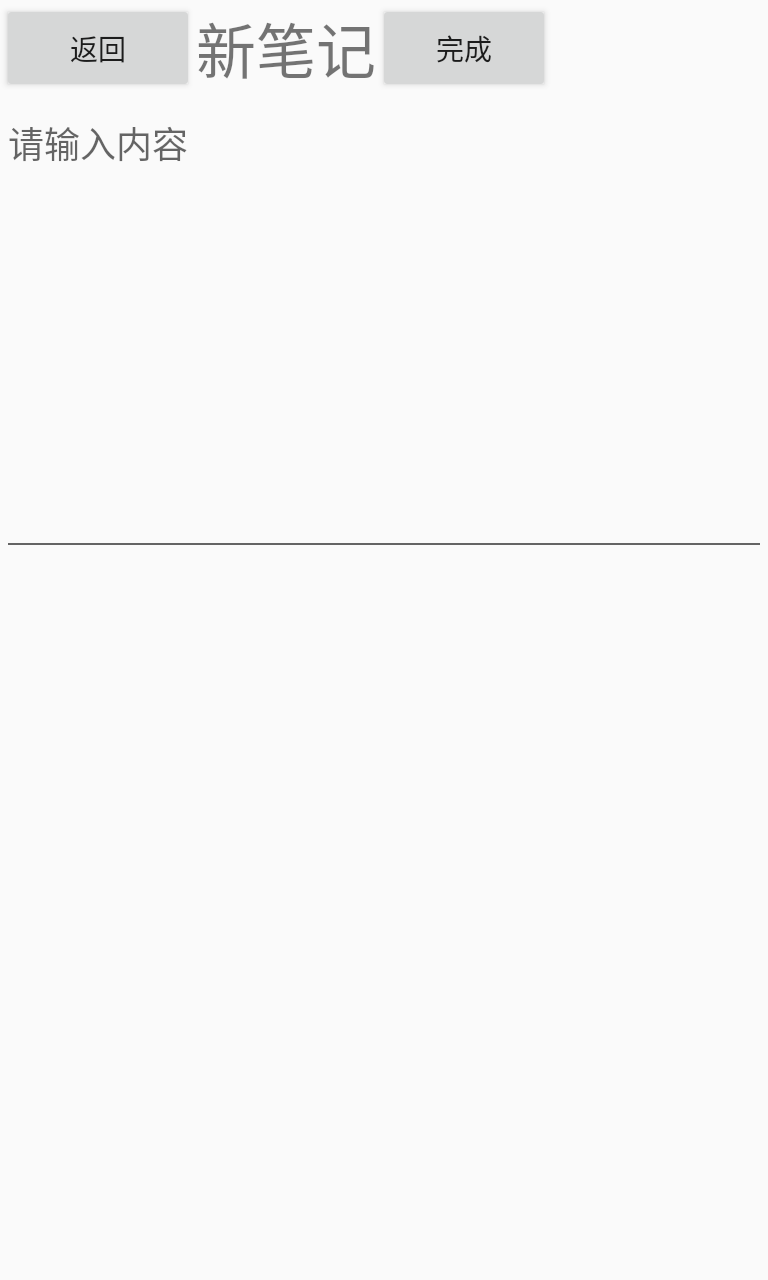
Repository: mxfpaul/Test
Layout: Note/MyNote2/res/layout/newnote.xml
An editor plug-in stored every save of this project. The layout is shown before and after the next save, followed by the edit.
It is drawn on a 768 x 1280 px phone screen (xhdpi) without system bars, with theme AppTheme; the app's code is not run.

Above is the layout before, as saved 2014-11-19 23:17:57.

### Note/MyNote2/res/layout/newnote.xml
<?xml version="1.0" encoding="utf-8"?>
<TableLayout xmlns:android="http://schemas.android.com/apk/res/android"
    android:layout_width="match_parent"
    android:layout_height="wrap_content"
    android:orientation="vertical" >

    <TableRow
        android:id="@+id/new_row1"
        android:layout_width="match_parent"
        android:orientation="horizontal"
         >

        <Button
            android:id="@+id/new_button_setting"
            android:layout_width="30dp"

            android:text="@string/new_button_text1" />

        <TextView
            android:id="@+id/new_textview_all"
            android:layout_gravity="center"

            android:text="@string/new_textview_text"
            android:textSize="30sp" />

        <Button
            android:id="@+id/new_button_new"

            android:text="@string/new_button_text2" />
    </TableRow>

    <TableRow
        android:id="@+id/new_row2"
        android:layout_width="match_parent" >

        <EditText
            android:id="@+id/new_edittext_content"
            android:layout_width="match_parent"
            android:layout_height="wrap_content"
            android:layout_weight="1"
            android:gravity="top"
            android:hint="@string/new_edittext_text"
            android:lines="10" />
    </TableRow>

</TableLayout>

### Note/MyNote2/res/values/strings.xml
<?xml version="1.0" encoding="utf-8"?>
<resources>

    <string name="app_name">MyNote2</string>
    <string name="hello_world">Hello world!</string>
    <string name="action_settings">Settings</string>
    <string name="home_button_text1">设置</string>
    <string name="home_button_text2">新建</string>
    <string name="home_textview_text">全部笔记</string>
    <string name="new_button_text1">返回</string>
    <string name="new_button_text2">完成</string>
    <string name="new_textview_text">新笔记</string>
    <string name="view_button_text1">返回</string>
    <string name="view_button_text2">更改</string>
    <string name="view_textview_text">待录入</string>
    <string name="new_edittext_text">请输入内容</string>

</resources>

Loaded but not shown: Note/MyNote2/res/values/styles.xml (common file); Note/MyNote2/res/values-v11/styles.xml (common file); Note/MyNote2/res/values-v14/styles.xml (common file)

After the next save:
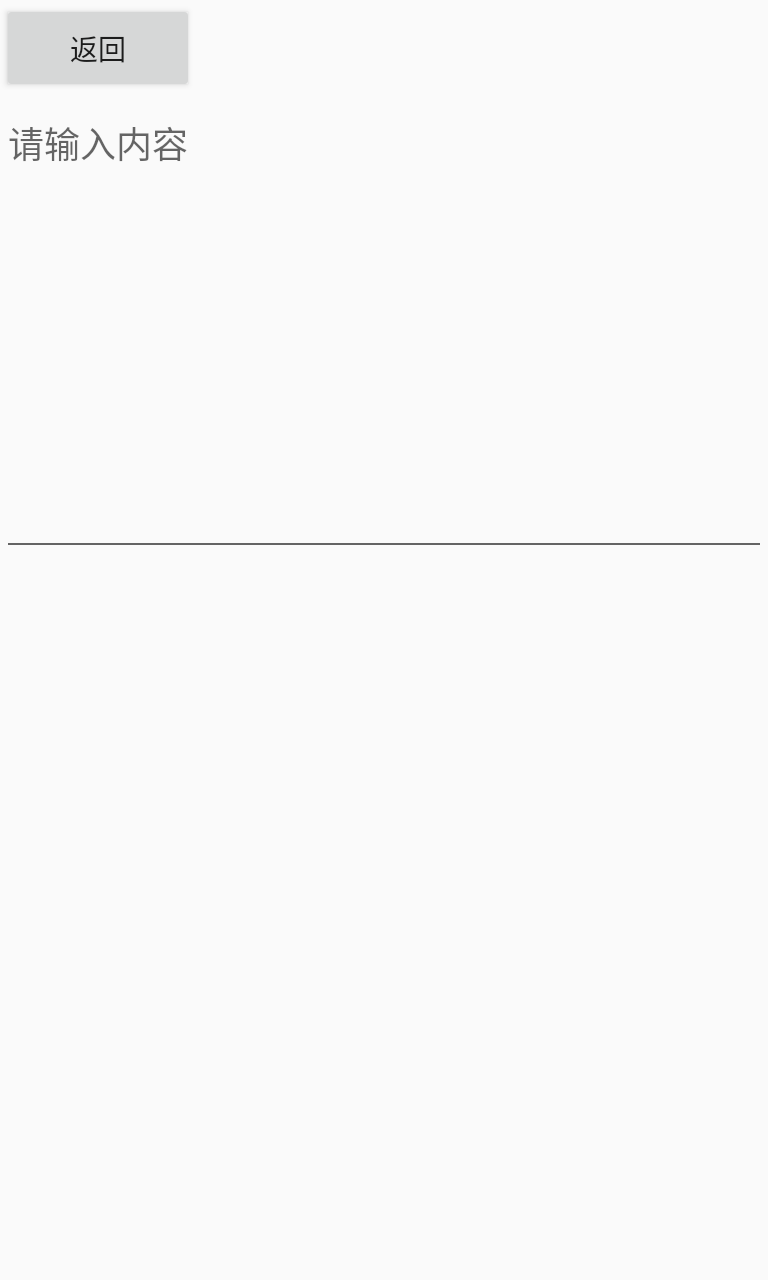
Saved 20 s later.
--- a/Note/MyNote2/res/layout/newnote.xml
+++ b/Note/MyNote2/res/layout/newnote.xml
@@ -15,7 +15,7 @@
             android:layout_width="30dp"
 
             android:text="@string/new_button_text1" />
-
+		<!--
         <TextView
             android:id="@+id/new_textview_all"
             android:layout_gravity="center"
@@ -27,6 +27,7 @@
             android:id="@+id/new_button_new"
 
             android:text="@string/new_button_text2" />
+            -->
     </TableRow>
 
     <TableRow
